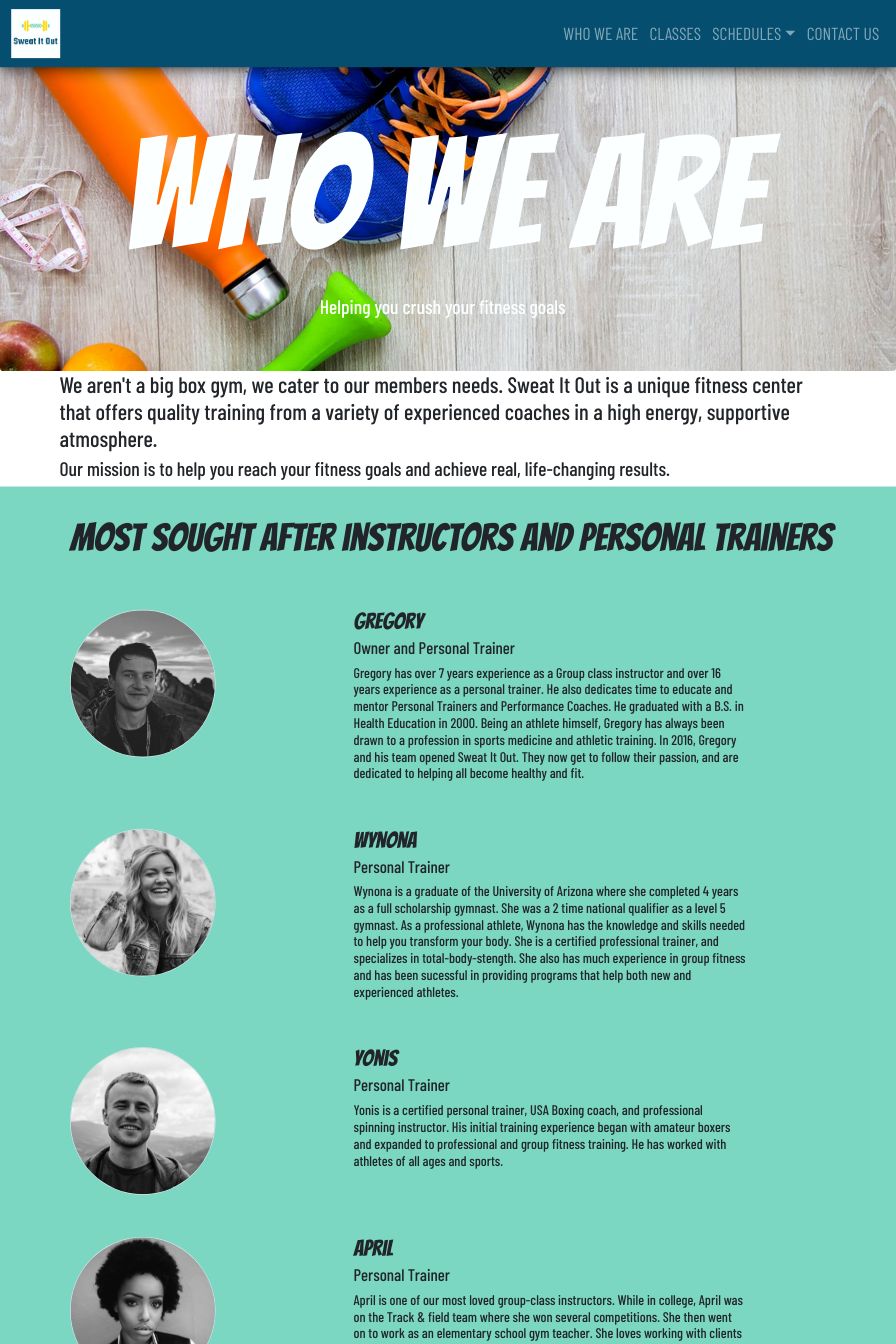
Repository: amybru/sweatitout
Page: about.html
The author's editor kept a record of every edit. The page is drawn from the files as they stood at one moment, then again after the next edit.
The browser window is 1280 px wide. The pictures show the part of the page from y = 0 to 1920 px (the page is 3151 px tall before and 2986 px after), at 70% of full size.
Some web fonts or font styles are not loaded; a fallback is used. Some web libraries are served in a nearby version.

Above is the page before.

### about.html
<!DOCTYPE html>
<html lang="en">
   <head>
      <meta charset="utf-8">
      <meta name="viewport" content="width=device-width, initial-scale=1.0">
      <link rel="stylesheet" href="https://maxcdn.bootstrapcdn.com/bootstrap/4.2.1/css/bootstrap.min.css" type="text/css" />
      <link rel="stylesheet" href="https://maxcdn.bootstrapcdn.com/font-awesome/4.7.0/css/font-awesome.min.css" type="text/css" />
      <link href="https://fonts.googleapis.com/css?family=Bangers|Barlow+Condensed:200,300,400,500,700&display=swap" rel="stylesheet">
      <link rel="stylesheet" type="text/css" href="css/style.css">
      <title>Gym</title>
   </head>
   <body>

       <!--Navbar-->
      <header>
         <nav class="navbar navbar-expand-lg navbar-dark bg-default fixed-top">
            <a class="navbar-brand" href="index.html">
            <img src="./img/logo.png" width="70" height="70" alt="logo">
            </a>
            <button class="navbar-toggler" type="button" data-toggle="collapse" data-target="#navbarNavDropdown" aria-controls="navbarNavDropdown" aria-expanded="false" aria-label="Toggle navigation">
            <span class="navbar-toggler-icon"></span>
            </button>
            <div class="collapse navbar-collapse" id="navbarNavDropdown">
               <ul class="navbar-nav ml-auto">
                  <li class="nav-item">
                     <a class="nav-link uppercase" href="about.html">Who We Are</a>
                  </li>
                  <li class="nav-item">
                     <a class="nav-link uppercase" href="classes.html">Classes</a>
                  </li>
                  <li class="nav-item dropdown d-none d-lg-block">
                     <a class="nav-link dropdown-toggle uppercase" href="#" id="navbarDropdownMenuLink" role="button" data-toggle="dropdown" aria-haspopup="true" aria-expanded="false">Schedules</a>
                     <div class="dropdown-menu" aria-labelledby="navbarDropdownMenuLink">
                        <a class="dropdown-item uppercase" href="./img/2018schedule.pdf" target="_blank">2018 Schedule</a>
                        <a class="dropdown-item uppercase" href="./img/2019schedule.pdf" target="_blank">2019 Schedule</a>
                        <a class="dropdown-item uppercase" href="./img/2019schedule.pdf" target="_blank">2020 Schedule</a>
                     </div>
                  </li>
                  <li class="nav-item">
                     <a class="nav-link uppercase" href="contact.html">Contact Us</a>
                  </li>
               </ul>
            </div>
         </nav>
      </header>

      <!--Jumbotron Who we are page-->
      <section class="jumbotron" id="about-view">
         <div class="row">
            <div class="col-12">
               <section class="callout">
                  <h2 class="gym-name">Who We Are</h2>
                  <h3>Helping you crush your fitness goals</h3>
               </section>
            </div>
         </div>
      </section>

      <!--A few brief words about us-->
      <section class="about-about-page">
         <div class="col-12 about-about section-column">
            <div class="container">
               <div class="row">
                  <div class="col-12">
                     <h2>We aren't a big box gym, we cater to our members needs. Sweat It Out is a unique fitness center that offers quality training from a variety of experienced coaches in a high energy, supportive atmosphere.</h2>
                     <h3>Our mission is to help you reach your fitness goals and achieve real, life-changing results.</h3>
                  </div>
               </div>
            </div>
         </div>
      </section>

      <!--A few of the trainers and class instructors-->
      <section class="services-page about-gallery" id="gallery">
         <div class="container">
            <div class="row">
               <h2>
                  Most sought after instructors and personal trainers
               </h2>
            </div>
            <div class="row">
               <div class="col-12 col-md-4 flex">
                  <img class="photo border" src="./img/trainerone.jpeg" alt="Gregory">
               </div>
               <div class="col-12 col-md-8 flex">
                  <div class="instructor-details">
                     <h3>Gregory</h3>
                        <h4>Owner and Personal Trainer</h4>
                     <h5>
                        Gregory has over 7 years experience as a Group class instructor and over 16 years experience as a personal trainer. He also dedicates time to educate and mentor Personal Trainers and Performance Coaches. He graduated with a B.S. in Health Education in
                        2000. Being an athlete himself, Gregory has always been drawn to a profession in sports medicine and athletic training. In 2016, Gregory and his team opened Sweat It Out. They now get to follow their passion, and are dedicated
                        to helping all become healthy and fit.
                     </h5>
                  </div>
               </div>
            </div>
            <div class="row">
               <div class="col-12 col-md-4 flex">
                  <img class="photo border" src="./img/trainertwo.jpeg" alt="Wynona">
               </div>
               <div class="col-12 col-md-8 flex">
                  <div class="instructor-details">
                     <h3>Wynona</h3>
                        <h4>Personal Trainer</h4>
                     <h5>Wynona is a graduate of the University of Arizona where she completed 4 years as a full scholarship gymnast. She was a 2 time national qualifier as a level 5 gymnast. As a professional athlete, Wynona has the knowledge and skills
                        needed to help you transform your body. She is a certified professional trainer, and specializes in total-body-stength. She also has much experience in group fitness and has been sucessful in providing programs that help both
                        new and experienced athletes.
                     </h5>
                  </div>
               </div>
            </div>
            <div class="row">
               <div class="col-12 col-md-4 flex">
                  <img class="photo border" src="./img/trainerthree.jpeg" alt="Yonis">
               </div>
               <div class="col-12 col-md-8 flex">
                  <div class="instructor-details">
                     <h3>Yonis</h3>
                        <h4>Personal Trainer</h4>
                     <h5>Yonis is a certified personal trainer, USA Boxing coach, and professional spinning instructor. His initial training experience began with amateur boxers and expanded to professional and group fitness training. He has worked with
                        athletes of all ages and sports.
                     </h5>
                  </div>
               </div>
            </div>
            <div class="row">
               <div class="col-12 col-md-4 flex">
                  <img class="photo border" src="./img/trainerfour.jpeg" alt="April">
               </div>
               <div class="col-12 col-md-8 flex">
                  <div class="instructor-details">
                     <h3>April</h3>
                        <h4>Personal Trainer</h4>
                     <h5>April is one of our most loved group-class instructors. While in college, April was on the Track & field team where she won several competitions. She then went on to work as an elementary school gym teacher. She loves working with
                        clients on specialized fitness programs
                     </h5>
                  </div>
               </div>
            </div>
         </div>
      </section>

      <!--Progress bars section-->
      <section class="you-about-page">
         <div class="col-12 about-skills section-column">
            <div>
               <h3 class="section-heading uppercase">Our story starts with you</h3>
            </div>
            <div class="about-about-page">
         <div class="col-12 about-about section-column">
            <div class="container">
               <div class="row">
                  <div class="col-12">
                     <h2>We aren't a big box gym, we cater to our members needs. Sweat It Out is a unique fitness center that offers quality training from a variety of experienced coaches in a high energy, supportive atmosphere.</h2>
                     <h3>Our mission is to help you reach your fitness goals and achieve real, life-changing results.</h3>
                  </div>
               </div>
            </div>
         </div>
      </div>
            <div>
               <h4>Strength & Conditioning</h4>
               <h5>89%</h5>
               <div class="progress">
                  <div class="progress-bar progress-bar-striped progress-bar-animated" role="progressbar" aria-valuenow="89" aria-valuemin="0" aria-valuemax="100" style="width: 89%"></div>
               </div>
               <h4>Group Fitness & Cardio</h4>
               <h5>95%</h5>
               <div class="progress">
                  <div class="progress-bar progress-bar-striped progress-bar-animated" role="progressbar" aria-valuenow="90" aria-valuemin="0" aria-valuemax="100" style="width: 90%"></div>
               </div>
               <h4>Motivational Trainers</h4>
               <h5>99%</h5>
               <div class="progress">
                  <div class="progress-bar progress-bar-striped progress-bar-animated" role="progressbar" aria-valuenow="99" aria-valuemin="0" aria-valuemax="100" style="width: 98%"></div>
               </div>
            </div>
         </div>
      </section>

      <!--Free trial class-->
      <section class="signup-about-page">
         <div class="col-12 about-signup section-column">
            <div class="row">
               <div class="col">
                  <h3 class="section-heading uppercase">Want to improve your strength, coordination, and flexibility?</h3>
               </div>
            </div>
            <div class="row">
               <div class="col-12">
                  <h4>Come try a class on us.</h4>
                  <a href="contact.html" class="btn btn-lg free-button uppercase">Sign up for a free class</a>
               </div>
            </div>
         </div>
      </section>

       <!--Footer-->
    <footer class="footer container-fluid" id="footer">
        <div>
            <div id="footer-details">
                <h4 class="footer-name uppercase">SWEAT IT OUT</h4>
                <h5 class="block">123 1st Street<br> (555) 222-2323</h5>
            </div>
            <div class="footer-social">
                <ul class="list-inline social-links">
                    <li class="list-inline-item">
                        <a target="_blank" href="https://www.facebook.com/">
                     <i class="fa fa-facebook" aria-hidden="true"></i>
                     <span class="sr-only">Facebook</span>
                     </a>
                    </li>
                    <li class="list-inline-item">
                        <a target="_blank" href="https://www.yelp.com/">
                     <i class="fa fa-yelp" aria-hidden="true"></i>
                     <span class="sr-only">Yelp</span>
                     </a>
                    </li>
                    <li class="list-inline-item">
                        <a target="_blank" href="https://www.google.com/">
                     <i class="fa fa-google-plus" aria-hidden="true"></i>
                     <span class="sr-only">Google+</span>
                     </a>
                    </li>
                    <li class="list-inline-item">
                        <a target="_blank" href="https://www.instagram.com/">
                     <i class="fa fa-instagram" aria-hidden="true"></i>
                     <span class="sr-only">Instagram</span>
                     </a>
                    </li>
                    <li class="list-inline-item">
                        <a target="_blank" href="https://twitter.com/?lang=en">
                     <i class="fa fa-twitter" aria-hidden="true"></i>
                     <span class="sr-only">Twitter</span>
                     </a>
                    </li>
                </ul>
            </div>
        </div>
    </footer>
   </body>
   <script src="https://code.jquery.com/jquery-3.3.1.slim.min.js" integrity="sha384-q8i/X+965DzO0rT7abK41JStQIAqVgRVzpbzo5smXKp4YfRvH+8abtTE1Pi6jizo" crossorigin="anonymous"></script>
   <script src="https://cdnjs.cloudflare.com/ajax/libs/popper.js/1.14.7/umd/popper.min.js" integrity="sha384-UO2eT0CpHqdSJQ6hJty5KVphtPhzWj9WO1clHTMGa3JDZwrnQq4sF86dIHNDz0W1" crossorigin="anonymous"></script>
   <script src="https://stackpath.bootstrapcdn.com/bootstrap/4.3.1/js/bootstrap.min.js" integrity="sha384-JjSmVgyd0p3pXB1rRibZUAYoIIy6OrQ6VrjIEaFf/nJGzIxFDsf4x0xIM+B07jRM" crossorigin="anonymous"></script>
</html>

Loaded but not shown: css/style.css (660 lines, source omitted)

After the next edit:
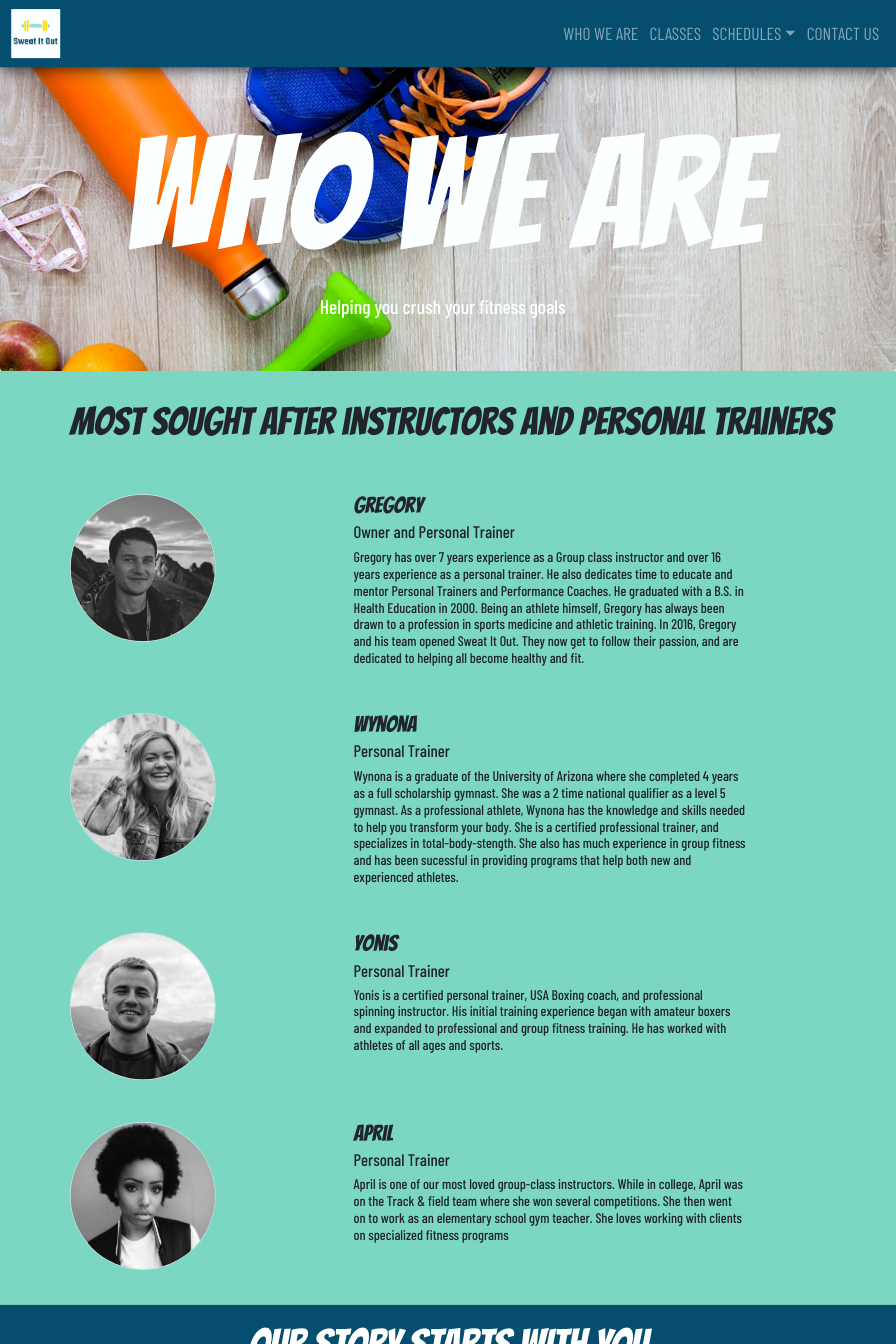
The edit:
--- a/about.html
+++ b/about.html
@@ -56,20 +56,6 @@
          </div>
       </section>
 
-      <!--A few brief words about us-->
-      <section class="about-about-page">
-         <div class="col-12 about-about section-column">
-            <div class="container">
-               <div class="row">
-                  <div class="col-12">
-                     <h2>We aren't a big box gym, we cater to our members needs. Sweat It Out is a unique fitness center that offers quality training from a variety of experienced coaches in a high energy, supportive atmosphere.</h2>
-                     <h3>Our mission is to help you reach your fitness goals and achieve real, life-changing results.</h3>
-                  </div>
-               </div>
-            </div>
-         </div>
-      </section>
-
       <!--A few of the trainers and class instructors-->
       <section class="services-page about-gallery" id="gallery">
          <div class="container">
